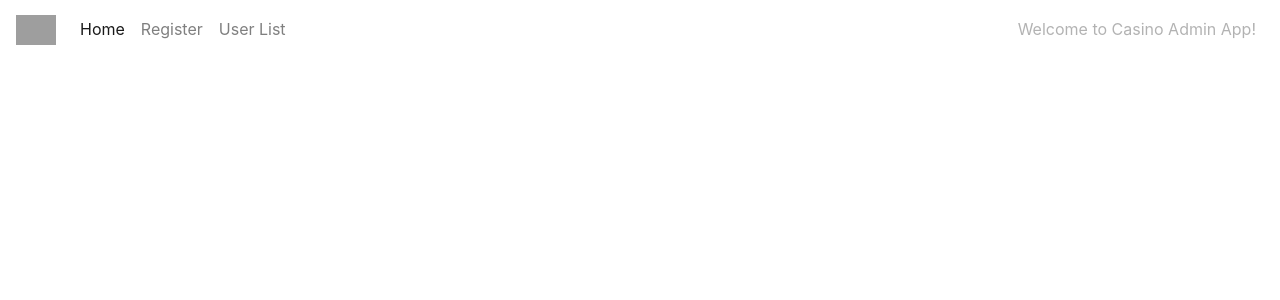
Repository: piyushrulesyou/CasinoGameApplication
Page: http://localhost/adminPanel/
These files come from the project's save history. The page is drawn as it stood at one moment and after the next save; the edit follows.
The browser window is 1280 px wide. The pictures show the whole page.
Pictures or frames that could not be fetched are drawn as grey boxes. The page is served by Tomcat 9. Nobody is signed in. The application's start-up code is not run.

Above is the page before, as saved 2019-10-31 11:09:35.

After the next save:
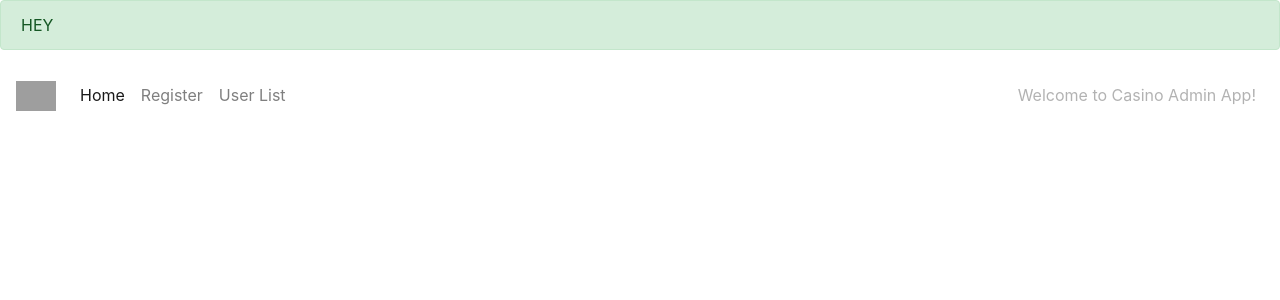
Saved 22 s later.
--- a/AdminPanel/adminPanel/src/main/webapp/index.jsp
+++ b/AdminPanel/adminPanel/src/main/webapp/index.jsp
@@ -25,9 +25,9 @@
 	<!-- 	background="https://images.fineartamerica.com/images/artworkimages/mediumlarge/2/collection-of-las-vegas-casino-chips-1-aloha-art.jpg"> -->
 
 
-	<c:if test="5 == 5">
+<%-- 	<c:if test="5 == 5"> --%>
 		<div class="alert alert-success">HEY ${successMessage}</div>
-	</c:if>
+<%-- 	</c:if> --%>
 
 
 	<!-- 	<nav class="navbar navbar-expand-sm bg-dark navbar-dark"> -->

After the save that followed:
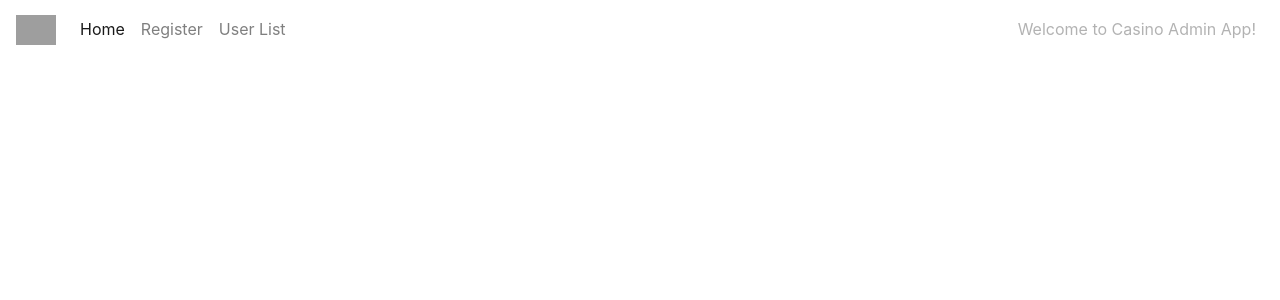
Saved 4 s later.
--- a/AdminPanel/adminPanel/src/main/webapp/index.jsp
+++ b/AdminPanel/adminPanel/src/main/webapp/index.jsp
@@ -25,9 +25,9 @@
 	<!-- 	background="https://images.fineartamerica.com/images/artworkimages/mediumlarge/2/collection-of-las-vegas-casino-chips-1-aloha-art.jpg"> -->
 
 
-<%-- 	<c:if test="5 == 5"> --%>
+	<c:if test="5 == 5">
 		<div class="alert alert-success">HEY ${successMessage}</div>
-<%-- 	</c:if> --%>
+	</c:if>
 
 
 	<!-- 	<nav class="navbar navbar-expand-sm bg-dark navbar-dark"> -->
